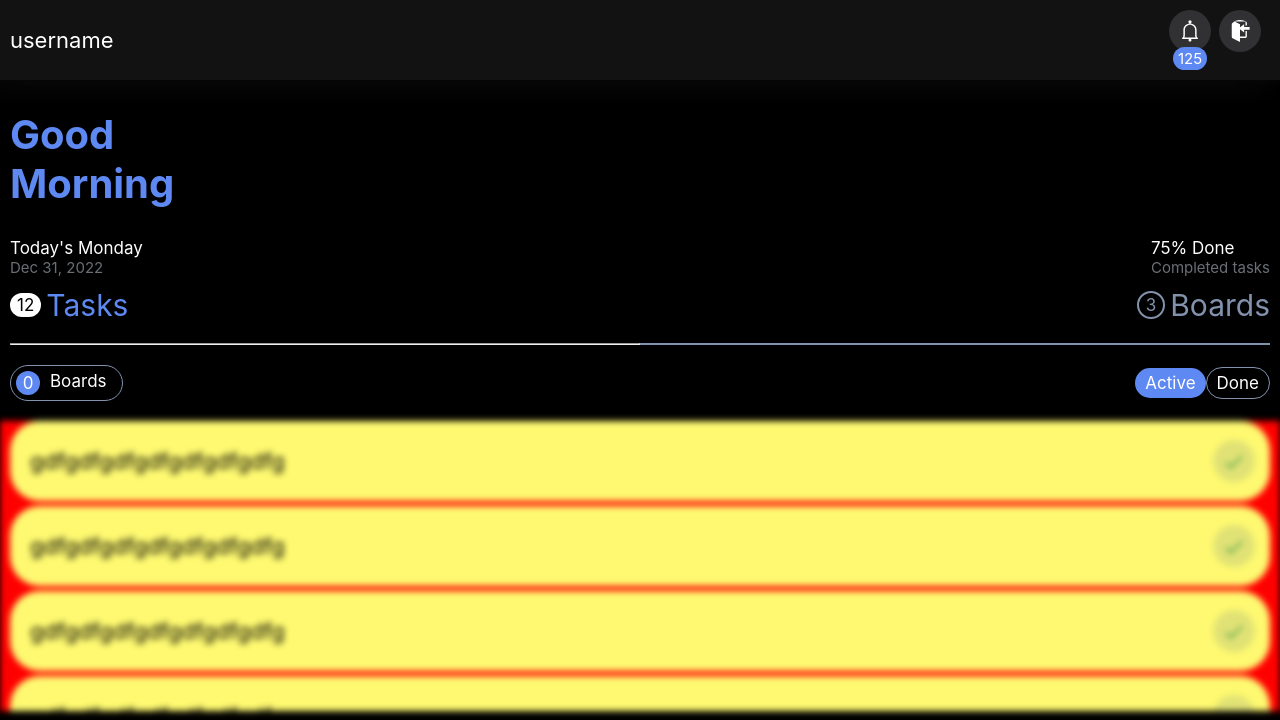
Repository: ShindanoSingi/todo-app
Page: /
These files come from the project's save history. The page is drawn as it stood at one moment and after the next save; the edit follows.
The browser window is 1280 px wide. The pictures show the whole page.
The project was rebuilt for these pictures with package versions that can differ from the ones it lists, and the page was loaded fresh each time. Also part of the build but not shown: src/pages/LandingPage.js.

Above is the page before, as saved 2023-01-01 19:34:50.

### src/index.css
* {
  font-size: 22px;
  margin: 0;
  padding: 0;
}

body {
  margin: 0;
  padding: 0;
  font-family: -apple-system, BlinkMacSystemFont, 'Segoe UI', 'Roboto', 'Oxygen',
    'Ubuntu', 'Cantarell', 'Fira Sans', 'Droid Sans', 'Helvetica Neue',
    sans-serif;
  -webkit-font-smoothing: antialiased;
  -moz-osx-font-smoothing: grayscale;
}

code {
  font-family: source-code-pro, Menlo, Monaco, Consolas, 'Courier New',
    monospace;
}

.signin-icon-signin-text-container {
  display: flex;
  align-items: center;
  flex-direction: column;
}

.bell-icon-bell-num-container {
  display: flex;
  flex-direction: column;
  align-items: center;
  margin-left: 20px;
}

.signin-text {
  display: none;
}

.bell-num,
.signin-text {
  font-size: 15px;
}

.bell-num {
  text-align: center;
  color: #fff;
  padding: 2px 5px;
  background-color: #5f89f2;
  border-radius: 50px;
  margin-top: -5px;
}

.bell-icon,
.signin-icon {
  color: white;
  padding: 10px;
  border-radius: 50px;
  background-color: #313133;
}

div.signin-icon-signin-text-container:hover p.signin-text {
  display: block;
}

.bell-icon-signin-container {
  display: grid;
  grid-template-columns: 60px 60px;
}

.username,
.signin-text {
  color: #fff;
}

.nav-bar {
  display: flex;
  align-items: center;
  justify-content: space-between;
  padding: 10px;
  background: #121212;
  box-shadow: -11px 11px 22px #070707, 11px -11px 22px #1d1d1d;
}

h1 {
  position: absolute;
  top: 10%;
  z-index: 1;
}

h2 {
  font-size: 40px;
  color: #5f89f2;
}

.salutation-container {
  margin-top: 30px;
  padding-left: 10px;
}

.day,
.percent,
.small-boards,
.done,
.active {
  font-size: 17px;
  color: #ffffff;
}

.date,
.completed {
  font-size: 15px;
  color: #6a6f75;
}

.day-to-percent-container {
  display: flex;
  justify-content: space-between;
  padding: 10px;
  margin-top: 20px;
}

.tasks-num {
  text-align: center;
  font-size: 17px;
  background: #ffff;
  padding: 2px 7px;
  border-radius: 50px;
  height: 20px;
}

.tasks {
  font-size: 30px;
  font-weight: light;
  color: #5f89f2;
}

.boards-num {
  font-size: 17px;
  color: #8292ad;
  border: 2px solid #8292ad;
  padding: 2px 7px;
  border-radius: 50px;
  height: 20px;
}

.big-boards {
  font-size: 30px;
  font-weight: light;
  color: #8292ad;
}

.tasks-num-tasks-container,
.boards-num-boards-container {
  display: flex;
  align-items: center;
  gap: 5px;
}

.line-tasks {
  width: 50%;
}

.line-boards {
  width: 50%;
  border: 1px solid #8292ad;
}

.line-tasks-ine-boards-container {
  display: flex;
  justify-content: space-between;
  /* margin-top: 10px; */
  padding: 0 10px;
}

.tasks-to-boards-container {
  display: flex;
  justify-content: space-between;
  padding: 0 10px;
}

.num-boards {
  font-size: 17px;
  text-align: center;
  color: #fff;
  background: #5f89f2;
  padding: 2px;
  border-radius: 50px;
  height: 20px;
  width: 20px;
}

.small-boards {
  color: #fff;
}

.num-boards-small-boards-container {
  display: flex;
  gap: 10px;
  border: 1px solid #8292ad;
  padding: 5px;
  border-radius: 50px;
  padding-right: 15px;
}

.active {
  text-align: center;
  background: #5f89f2;
  padding: 0px 10px;
  border-radius: 50px;
  padding: 5px 10px;
}

.done {
  display: flex;
  gap: 10px;
  border: 1px solid #8292ad;
  border-radius: 50px;
  padding: 5px 10px;
}

.active-done-container {
  display: flex;
  align-items: center;
}

.num-boards-to-small-boards-container {
  display: flex;
  justify-content: space-between;
  align-items: center;
  padding: 0 10px;
}

.task-title {
  word-wrap: break-word;
  padding: 5px;
  width: 80%;
}

.check-circle-icon {
  color: white;
  padding: 10px;
  border-radius: 50px;
  background: rgba(121, 141, 139, 0.21);
}

.todo-card {
  margin: 0 10px;
  padding: 15px;
  min-height: 50px;
  border-radius: 30px;
  display: flex;
  align-items: center;
  justify-content: space-between;
}

.todos-container {
  display: flex;
  flex-direction: column;
  gap: 5px;
  max-height: 290px;
  overflow-y: scroll;
  top: 0;
  left: 0;
  right: 0;
  bottom: 0;
  background-color: red;
  filter: blur(3px);
  z-index: 1000;
}

.main {
  display: flex;
  flex-direction: column;
  gap: 20px;
}

/* Credit: Cole McCombs; */
.landing-page-wrapper {
  height: 100%;
  display: flex;
  flex-direction: column;
  align-items: center;
  justify-content: center;
}

/* Credit: Cole McCombs; */
.button {
  min-width: 150px;
  min-height: 40px;
  font-family: 'Nunito', sans-serif;
  font-size: 22px;
  text-transform: uppercase;
  letter-spacing: 1.3px;
  font-weight: 700;
  color: #313133;
  background: #37b7ff;
  background: linear-gradient(
    90deg,
    rgb(59, 123, 190) 0%,
    rgb(29, 181, 228) 100%
  );
  border: none;
  border-radius: 1000px;
  box-shadow: 12px 12px 24px rgba(28, 120, 186, 0.64);
  transition: all 0.3s ease-in-out 0s;
  cursor: pointer;
  outline: none;
  position: absolute;
  top: 85%;
  padding: 10px;
}

/* Credit: Cole McCombs; */
button::before {
  content: '';
  border-radius: 1000px;
  min-width: calc(150px + 12px);
  min-height: calc(40px + 12px);
  border: 6px solid #008cff;
  box-shadow: 0 0 60px rgba(25, 150, 233, 0.64);
  position: absolute;
  top: 50%;
  left: 50%;
  transform: translate(-50%, -50%);
  opacity: 0;
  transition: all 0.3s ease-in-out 0s;
}

/* Credit: Cole McCombs; */
.button:hover,
.button:focus {
  color: #bfbfd4;
  transform: translateY(-6px);
}

/* Credit: Cole McCombs; */
button:hover::before,
button:focus::before {
  opacity: 1;
}

/* Credit: Cole McCombs; */
button::after {
  content: '';
  width: 30px;
  height: 30px;
  border-radius: 100%;
  border: 6px solid #0f8bdd;
  position: absolute;
  z-index: -1;
  top: 50%;
  left: 50%;
  transform: translate(-50%, -50%);
  animation: ring 1.5s infinite;
}

/* Credit: Cole McCombs; */
button:hover::after,
button:focus::after {
  animation: none;
  display: none;
}

/* Credit: Cole McCombs; */
@keyframes ring {
  0% {
    width: 20px;
    height: 20px;
    opacity: 1;
  }
  100% {
    width: 150px;
    height: 150px;
    opacity: 0;
  }
}

.landing-page-image {
  position: fixed;
  width: 100%;
  height: 100%;
}

.landing-page-image {
  -webkit-animation: anim 8s infinite linear;
  animation: anim 8s infinite linear;
}

@-webkit-keyframes anim {
  from {
    -webkit-transform: rotateY(0deg);
  }
  to {
    -webkit-transform: rotateY(90deg);
  }
}

@keyframes anim {
  from {
    transform: rotateY(90deg);
  }
  to {
    transform: rotateY(0deg);
  }
}

.container {
  height: 100%;
  width: 100%;
  position: fixed;
  background-color: #000000;
}

### src/App.js
import Todos from './pages/Todos'

import LandingPage from './pages/LandingPage'

function App() {
  return (
    <div className="">
      {/* <LandingPage /> */}
      <Todos />
    </div>
  )
}

export default App

### src/pages/Todos.js
import React from 'react'
import checkbox from '../assests/check.svg'
import { RxBell } from 'react-icons/rx'
import { GoSignIn } from 'react-icons/go'
import { FcCheckmark } from 'react-icons/fc'

function Todos() {
    let color = "#FEF970"
    return (
        <div className='container'>
            <div className='todos-wrapper'>
                <nav className='nav-bar'>
                    <p className='username'>username</p>
                    <div className='bell-icon-signin-container'>
                        <div className='bell-icon-bell-num-container'>
                            <RxBell className='bell-icon' />
                            <p className='bell-num'>125</p>
                        </div>
                        <div className='signin-icon-signin-text-container'>
                            <GoSignIn className='signin-icon' />
                            <p className='signin-text'>Sign In</p>
                        </div>

                    </div>
                </nav>
                <div className='salutation-container'>
                    <h2 className='good-text'>Good</h2>
                    <h2 className='morning-text'>Morning</h2>
                </div>

                <div className='day-to-percent-container'>
                    <div className='day-date-container'>
                        <p className='day'>Today's Monday</p>
                        <p className='date'>Dec 31, 2022</p>
                    </div>
                    <div className='percent-completed-container'>
                        <p className='percent'>75% Done</p>
                        <p className='completed'>Completed tasks</p>
                    </div>
                </div>
                <main className='main'>
                    <div className='tasks-to-boards-container'>
                        <div className='tasks-num-tasks-container'>
                            <p className='tasks-num'>12</p>
                            <p className='tasks'>Tasks</p>
                        </div>
                        <div className='boards-num-boards-container'>
                            <p className='boards-num'>3</p>
                            <p className='big-boards'>Boards</p>
                        </div>
                    </div>
                    <div className='line-tasks-ine-boards-container'>
                        <hr className='line-tasks' />
                        <hr className='line-boards' />
                    </div>

                    <div className='num-boards-to-small-boards-container'>
                        <div className='num-boards-small-boards-container'>
                            <p className='num-boards'>0</p>
                            <p className='small-boards'>Boards</p>
                        </div>
                        <div className='active-done-container'>
                            <p className='active'>Active</p>
                            <p className='done'>Done</p>
                        </div>
                    </div>
                    <div className='todos-container'>
                        <div className='todo-card' style={{ backgroundColor: color }}>
                            <p className='task-title'>gdfgdfgdfgdfgdfgdfgdfg</p>
                            < FcCheckmark className='check-circle-icon' />
                        </div>
                        <div className='todo-card' style={{ backgroundColor: color }}>
                            <p className='task-title'>gdfgdfgdfgdfgdfgdfgdfg</p>
                            < FcCheckmark className='check-circle-icon' />
                        </div>
                        <div className='todo-card' style={{ backgroundColor: color }}>
                            <p className='task-title'>gdfgdfgdfgdfgdfgdfgdfg</p>
                            < FcCheckmark className='check-circle-icon' />
                        </div>
                        <div className='todo-card' style={{ backgroundColor: color }}>
                            <p className='task-title'>gdfgdfgdfgdfgdfgdfgdfg</p>
                            < FcCheckmark className='check-circle-icon' />
                        </div>
                        <div className='todo-card' style={{ backgroundColor: color }}>
                            <p className='task-title'>gdfgdfgdfgdfgdfgdfgdfg</p>
                            < FcCheckmark className='check-circle-icon' />
                        </div>
                        <div className='todo-card' style={{ backgroundColor: color }}>
                            <p className='task-title'>gdfgdfgdfgdfgdfgdfgdfg</p>
                            < FcCheckmark className='check-circle-icon' />
                        </div>
                        <div className='todo-card' style={{ backgroundColor: color }}>
                            <p className='task-title'>gdfgdfgdfgdfgdfgdfgdfg</p>
                            < FcCheckmark className='check-circle-icon' />
                        </div>
                        <div className='todo-card' style={{ backgroundColor: color }}>
                            <p className='task-title'>gdfgdfgdfgdfgdfgdfgdfg</p>
                            < FcCheckmark className='check-circle-icon' />
                        </div>
                        <div className='todo-card' style={{ backgroundColor: color }}>
                            <p className='task-title'>gdfgdfgdfgdfgdfgdfgdfg</p>
                            < FcCheckmark className='check-circle-icon' />
                        </div>
                        <div className='todo-card' style={{ backgroundColor: color }}>
                            <p className='task-title'>gdfgdfgdfgdfgdfgdfgdfg</p>
                            < FcCheckmark className='check-circle-icon' />
                        </div>
                        <div className='todo-card' style={{ backgroundColor: color }}>
                            <p className='task-title'>gdfgdfgdfgdfgdfgdfgdfg</p>
                            < FcCheckmark className='check-circle-icon' />
                        </div>
                        <div className='todo-card' style={{ backgroundColor: color }}>
                            <p className='task-title'>gdfgdfgdfgdfgdfgdfgdfg</p>
                            < FcCheckmark className='check-circle-icon' />
                        </div>
                        <div className='todo-card' style={{ backgroundColor: color }}>
                            <p className='task-title'>gdfgdfgdfgdfgdfgdfgdfg</p>
                            < FcCheckmark className='check-circle-icon' />
                        </div>
                        <div className='todo-card' style={{ backgroundColor: color }}>
                            <p className='task-title'>gdfgdfgdfgdfgdfgdfgdfg</p>
                            < FcCheckmark className='check-circle-icon' />
                        </div>
                        <div className='todo-card' style={{ backgroundColor: color }}>
                            <p className='task-title'>gdfgdfgdfgdfgdfgdfgdfg</p>
                            < FcCheckmark className='check-circle-icon' />
                        </div>
                        <div className='todo-card' style={{ backgroundColor: color }}>
                            <p className='task-title'>gdfgdfgdfgdfgdfgdfgdfg</p>
                            < FcCheckmark className='check-circle-icon' />
                        </div>
                        <div className='todo-card' style={{ backgroundColor: color }}>
                            <p className='task-title'>gdfgdfgdfgdfgdfgdfgdfg</p>
                            < FcCheckmark className='check-circle-icon' />
                        </div>
                        <div className='todo-card' style={{ backgroundColor: color }}>
                            <p className='task-title'>gdfgdfgdfgdfgdfgdfgdfg</p>
                            < FcCheckmark className='check-circle-icon' />
                        </div>
                        <div className='todo-card' style={{ backgroundColor: color }}>
                            <p className='task-title'>gdfgdfgdfgdfgdfgdfgdfg</p>
                            < FcCheckmark className='check-circle-icon' />
                        </div>
                        <div className='todo-card' style={{ backgroundColor: color }}>
                            <p className='task-title'>gdfgdfgdfgdfgdfgdfgdfg</p>
                            < FcCheckmark className='check-circle-icon' />
                        </div>
                        <div className='todo-card' style={{ backgroundColor: color }}>
                            <p className='task-title'>gdfgdfgdfgdfgdfgdfgdfg</p>
                            < FcCheckmark className='check-circle-icon' />
                        </div>
                        <div className='todo-card' style={{ backgroundColor: color }}>
                            <p className='task-title'>gdfgdfgdfgdfgdfgdfgdfg</p>
                            < FcCheckmark className='check-circle-icon' />
                        </div>

                    </div>

                </main>
            </div>
        </div>
    )
}

export default Todos

Loaded but not shown: public/index.html (common file); src/index.js (common file); src/reportWebVitals.js (common file)

After the next save:
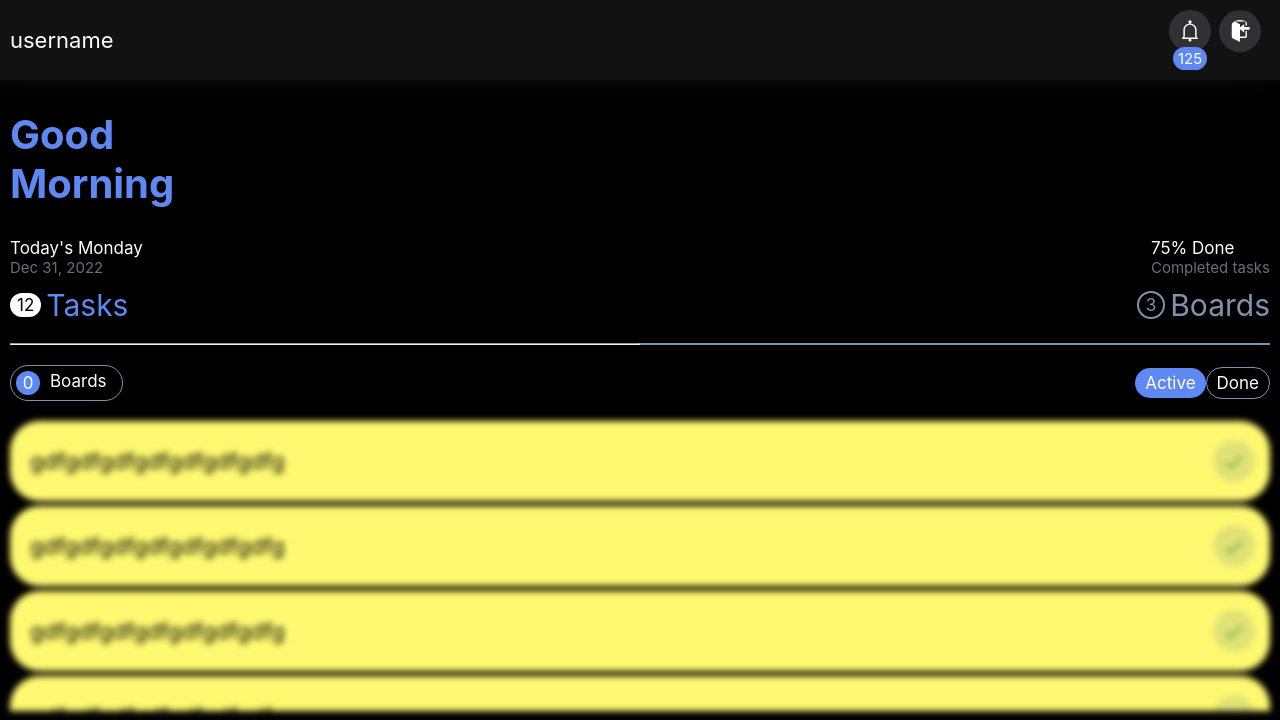
Saved 9 s later.
--- a/src/index.css
+++ b/src/index.css
@@ -263,7 +263,6 @@ h2 {
   left: 0;
   right: 0;
   bottom: 0;
-  background-color: red;
   filter: blur(3px);
   z-index: 1000;
 }
